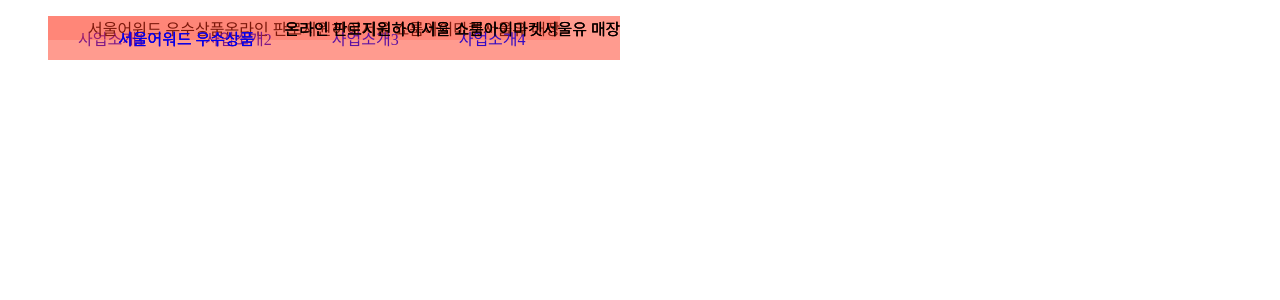
Repository: Ahn-jeong/javabasic
Page: 1.BasicJava/workspace/basic/WebContent/1024/각각메뉴슬라이드.html
An editor plug-in stored every save of this project. The page is shown before and after the next save, followed by the edit.
The browser window is 1280 px wide. The pictures show the whole page.

Above is the page before, as saved 2019-10-24 05:15:58.

After the next save:
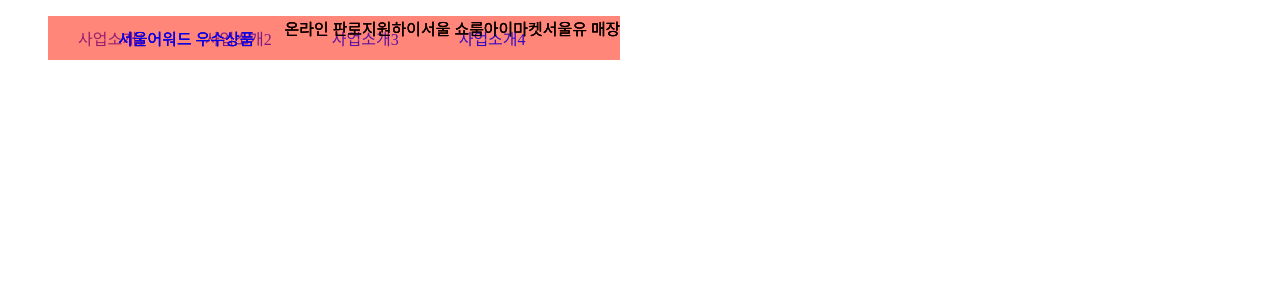
Saved 4 s later.
--- a/1.BasicJava/workspace/basic/WebContent/1024/각각메뉴슬라이드.html
+++ b/1.BasicJava/workspace/basic/WebContent/1024/각각메뉴슬라이드.html
@@ -47,7 +47,7 @@
 			<ul class = "dropdown">
 				<li><a href = "#">사업소개1</a></li>
 				<ul class = "submenu">
-					<li>서울어워드 우수상품</li>
+					<li><a href = "#">서울어워드 우수상품</a></li>
 					<li>온라인 판로지원</li>
 					<li>하이서울 쇼룸</li>
 					<li>아이마켓서울유 매장</li>
